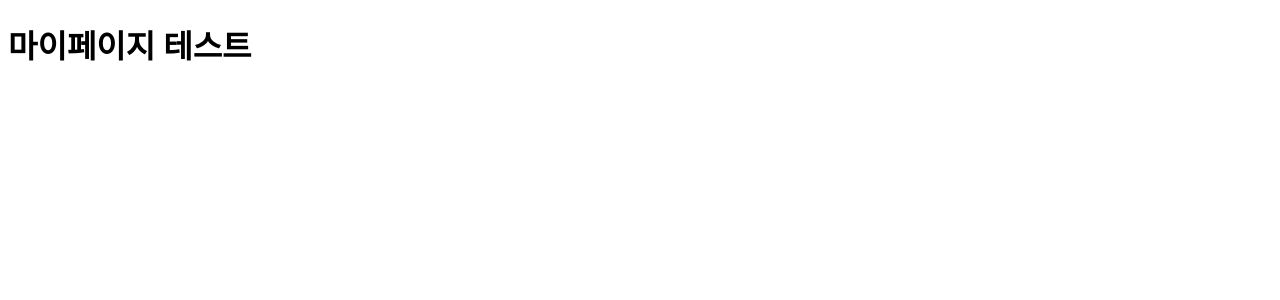
Repository: ChimmyWorld/JSP
Page: http://localhost/Day50/quiz2/myPage.jsp
An editor plug-in stored every save of this project. The page is shown before and after the next save, followed by the edit.
The browser window is 1280 px wide. The pictures show the whole page.
The page is served by Tomcat 9.

Above is the page before, as saved 2023-09-19 06:02:44.

After the next save:
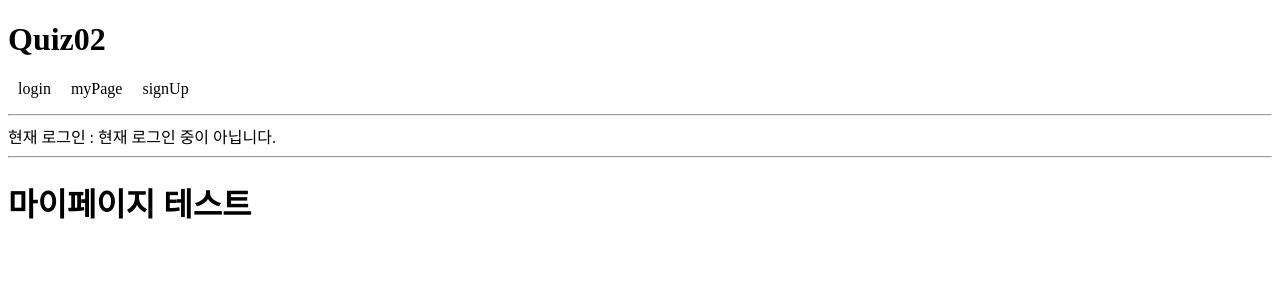
Saved 32 s later.
--- a/Day50/WebContent/quiz2/myPage.jsp
+++ b/Day50/WebContent/quiz2/myPage.jsp
@@ -1,12 +1,7 @@
 <%@ page language="java" contentType="text/html; charset=UTF-8"
     pageEncoding="UTF-8"%>
-<!DOCTYPE html>
-<html>
-<head>
-<meta charset="UTF-8">
-<title>myPage.jsp</title>
-</head>
-<body>
-	<h1>마이페이지 테스트 </h1>
+<%@ include file="header.jsp"%>
+
+<h1>마이페이지 테스트</h1>
 </body>
 </html>
